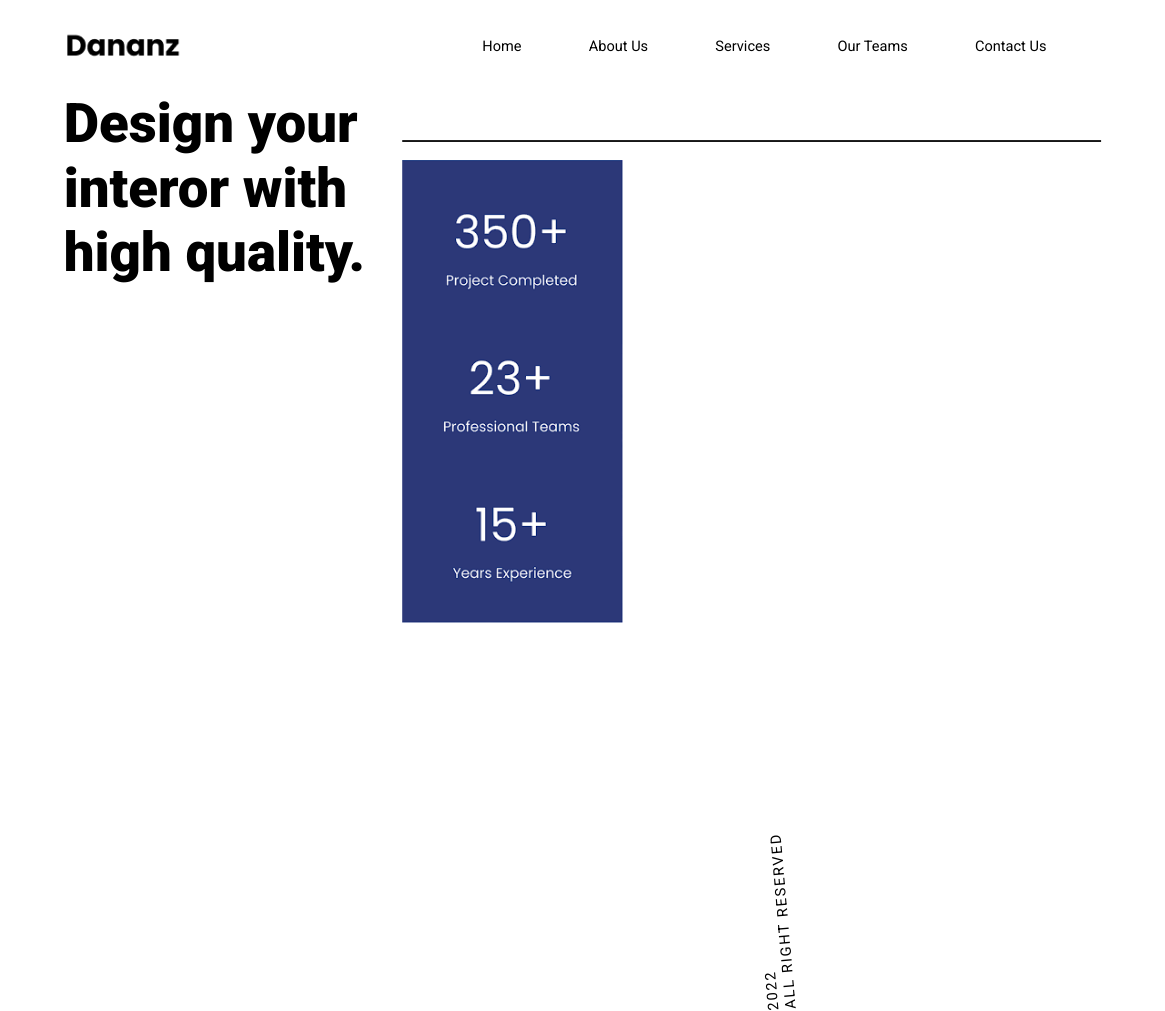
Repository: AsadKasimov/disain
Page: index.html
These files come from the project's save history. The page is drawn as it stood at one moment and after the next save; the edit follows.
The browser window is 1280 px wide. The pictures show the whole page, at 91% of full size.

Above is the page before, as saved 2023-04-20 12:40:49.

### index.html
<!DOCTYPE html>
<html lang="en">
<head>
    <meta charset="UTF-8">
    <meta http-equiv="X-UA-Compatible" content="IE=edge">
    <meta name="viewport" content="width=device-width, initial-scale=1.0">
    <title>F</title>
    <link rel="stylesheet" href="./style.css">
</head>
<body>

    <div class="wrapper">
        <header class="header">
            <!-- Шапка -->
            <div class="logo">
                <img src="./img/Dananz.png" alt="">
            </div>

            <!-- Меню сайта -->
            <nav class="nav">
                <ul>
                    <li>Home</li>
                    <li>About Us</li>
                    <li>Services</li>
                    <li>Our Teams</li>
                    <li>Contact Us</li>

                </ul>
            </nav>

            <!-- Иконка бургерменю -->
            <div class="burger">
                <span></span>
            </div>
        </header>
        <div class="menu">
            <div class="text-menu">
                <h1>Design your interor with high quality.</h1>
            </div>
            <div class="text-line">
                <hr class="text-line-l">
                <div class="h-pic">
                    <img src="./img/rec.png" alt="">
                </div>
                <div class="img-t">
                   <p>2022<br>ALL RIGHT RESERVED</p>
                </div>
            </div>


        </div>
        <div class="h-pic2">
            <img src="./img/rec.png" alt="">
        </div>
    </div>



    <script>
        document.querySelector('.burger').addEventListener('click', function() {
            this.classList.toggle('active');
            document.querySelector('.nav').classList.toggle('open');
        })
    </script>
</body>
</html>

### style.css
@import url('https://fonts.googleapis.com/css2?family=Roboto:ital,wght@0,100;0,300;0,400;0,500;0,900;1,100;1,300;1,400;1,500;1,700;1,900&display=swap');

html, body {
  height: 100%;
  width: 100%;

}

body {
  display: flex;
  flex-direction: column;
  font-family: 'Roboto', sans-serif;
  background-color: #fff;
  /* overflow: hidden; */

}

*{
  padding: 0;
  margin: 0;
  box-sizing: border-box;
}

.wrapper{
  flex-grow: 1;
}

.open{
  display: flex !important;
}

.header{
  display: flex;
  align-items: center;
  justify-content: space-between;
  min-height: 100px;
  background-color: #fff;
  color: #000;
  padding: 0 90px;
}

.logo{
  display: flex;
  justify-content: center;
  flex-direction: column;
  align-items: center;

  width: 90px;
  height: 90px;
}

.nav{
  display: flex;
  width: 700px;
  padding: 0 40px;
}

.nav ul{
  width: 100%;
  list-style: none;
  display: flex;
  justify-content: space-between;
}

.burger{
  display: none;
  position: relative;
  z-index: 50;
  align-items: center;
  justify-content: flex-end;
  width: 30px;
  height: 18px;
}

.burger span{
  height: 2px;
  width: 80%;
  transform: scale(1);
  background-color: #000;
}

.burger::before, .burger::after{
  content: '';
  position: absolute;
  height: 2px;
  width: 100%;
  background-color: #000;
  transition: all 0.3s ease 0s;
}

.burger::before { top: 0 }

.burger::after { bottom: 0 }


.burger.active span { transform: scale(0) }

.burger.active::before{
  top: 50%;
  transform: rotate(-45deg) translate(0, -50%);
}

.burger.active::after{
  bottom: 50%;
  transform: rotate(45deg) translate(0, 50%);
}

h1 {
  display: block;
  font-size: 2em;
  margin-block-start: 0;
  margin-block-end: 0;
  margin-inline-start: 0px;
  margin-inline-end: 0px;
  font-weight: bold;
}

.menu{
  display: flex;
  justify-content: flex-start;
  padding: 0 70px;
  align-items:baseline;

}

.text-menu{
  font-weight: 700;
  font-size: 30px;
  width: 500px;
}

hr.text-line-l{
  border: 1px solid black;
  width: 60vw;

}

.text-line{
  display: flex;
  flex-direction: column;
  gap: 20px;
}

.h-pic2{
  display: none;
}

.img-t{
  text-transform: uppercase;
  letter-spacing: 2px;

  transform: rotate(-95deg);
}

@media (max-width: 700px) {

  .h-pic{
    display: none;
  }


  .h-pic2{
    display: block;
  }


  hr.text-line-l {
    border: 1px solid black;
    height: 100%;
    width: 0px;
  }



  .menu{
    display: flex;
    justify-content: flex-start;
    padding: 0 20px;
    align-items:normal;
    gap: 23%;
  }

  .text-menu{
    width: 70%;
    font-size: 22px;

  }

  .header{
    display: flex;
    align-items: center;
    justify-content: space-between;
    min-height: 100px;
    background-color: #fff;
    color: #000;
    padding: 0 40px;
  }

  .nav{
    display: flex;
    width: 700px;
    padding: 0 40px;
  }

  .burger { display: flex }

  .nav{
      display: none;
      flex-direction: column;
      position: fixed;
      height: 100%;
      width: 100%;
      top: 0; bottom: 0; left: 0; right: 0;
      z-index: 50;
      overflow-y: auto;
      padding: 50px 40px;
      background-color: ghostwhite;

  }

  .nav ul{
      flex-direction: column;
      row-gap: 30px;
  }
}

After the next save:
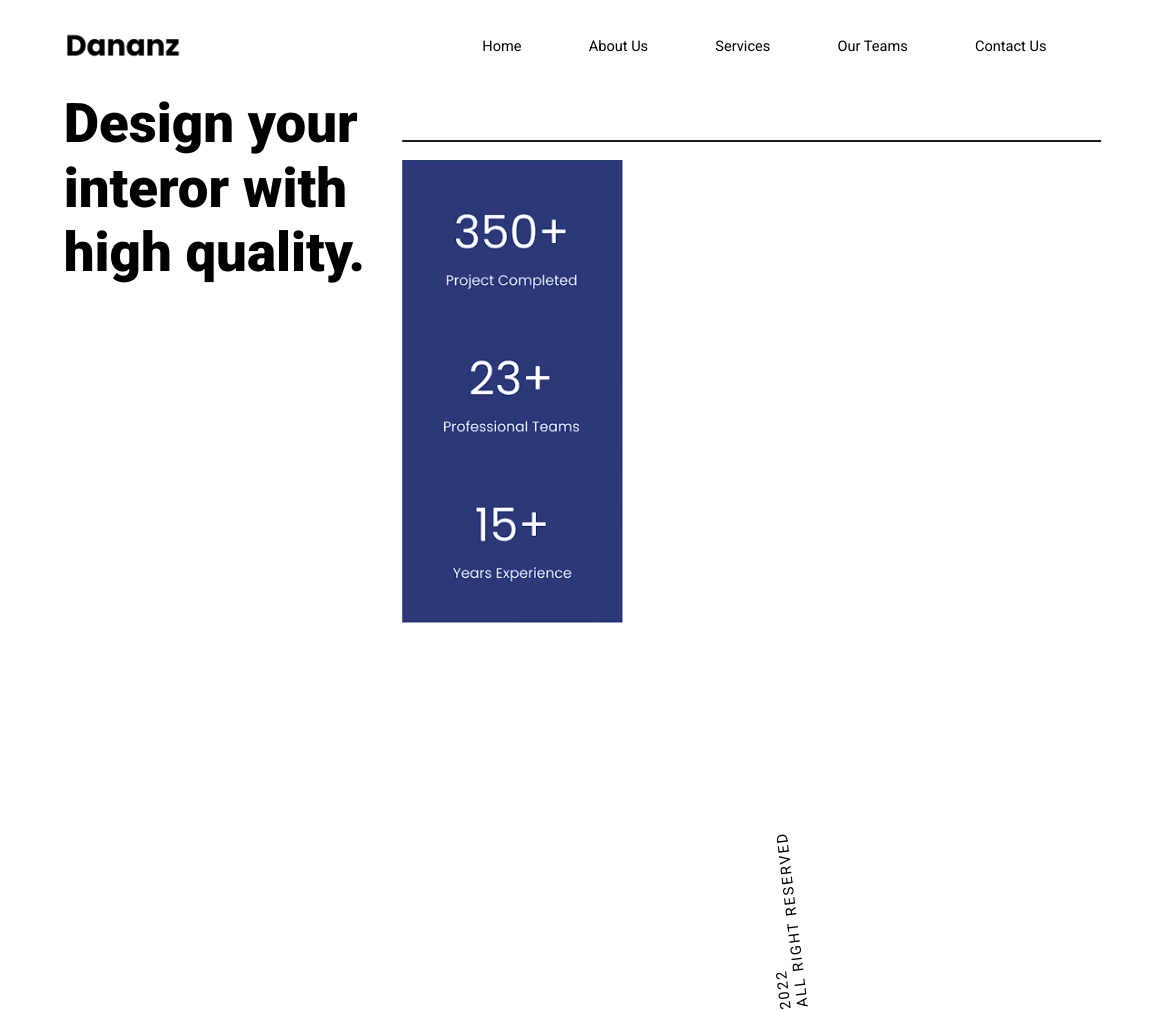
Saved 7 s later.
--- a/style.css
+++ b/style.css
@@ -149,7 +149,7 @@ hr.text-line-l{
   text-transform: uppercase;
   letter-spacing: 2px;
 
-  transform: rotate(-95deg);
+  transform: rotate(-97deg);
 }
 
 @media (max-width: 700px) {
